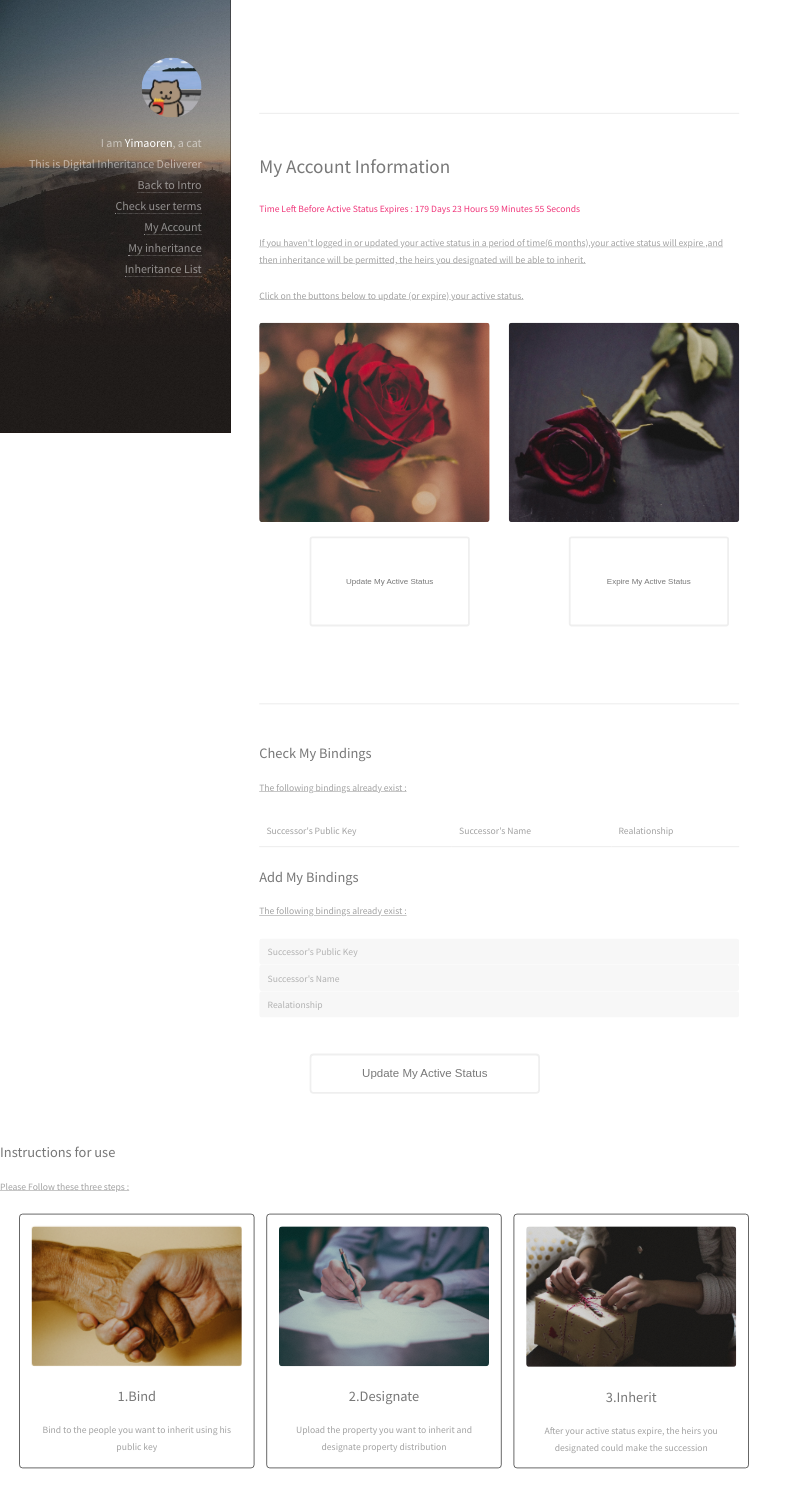
Repository: 1mocat/DID-blockchain-project
Page: Digital_I_D/app/src/myaccount.html
The author's editor kept a copy of each file at every save. The page is drawn from the files as they stood at one save, then again after a run of saves.
The browser window is 1280 px wide. The page is 1315 px wide, so the pictures cover 1315 px, including what lies to the right of the window. The pictures show the whole page, at 60% of full size.

Above is the page before, as saved 2023-10-03 13:02:12.

After the next 2 saves:
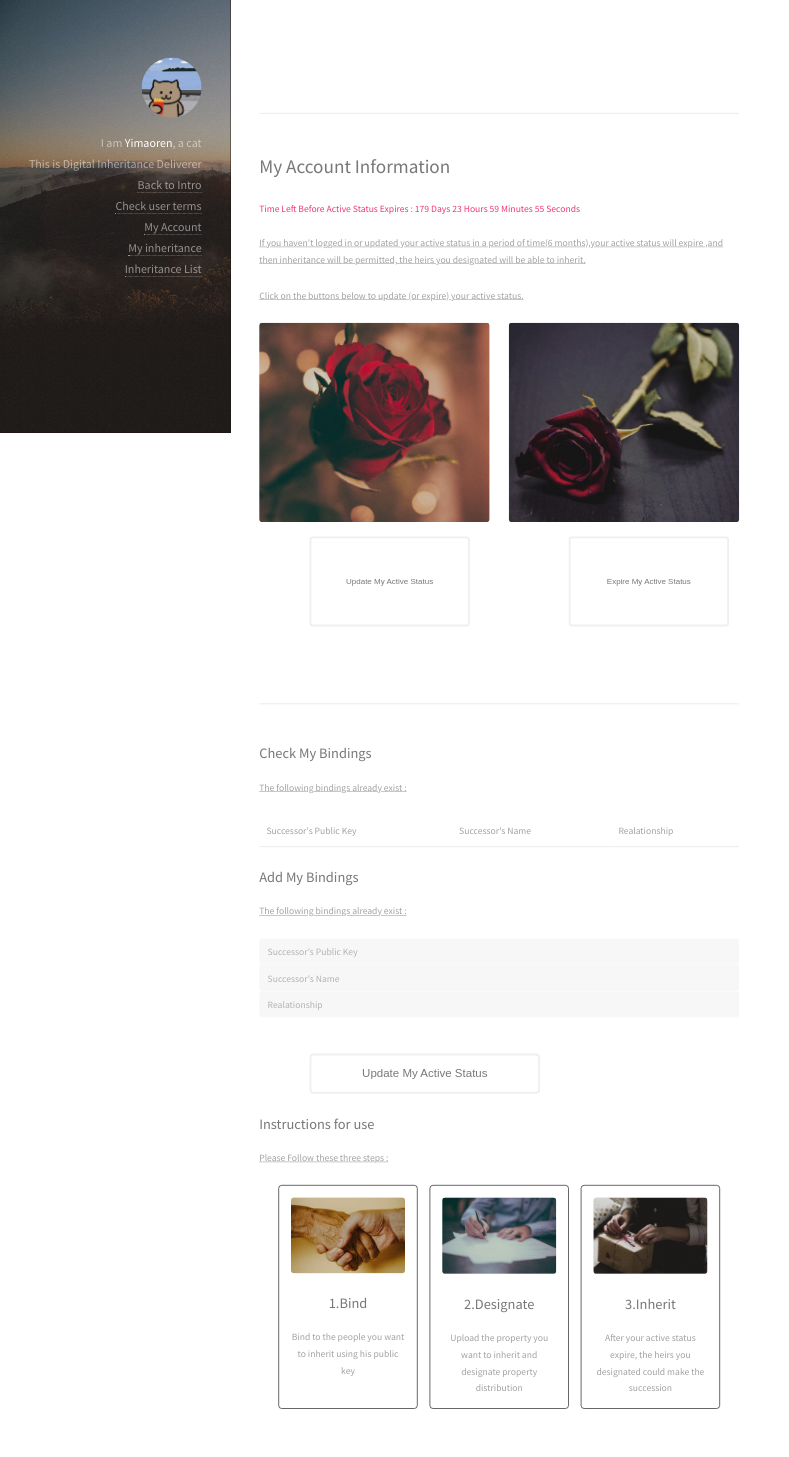
The 2 saves are shown as one change because they came seconds apart.
The last was saved 11 s later.
--- a/Digital_I_D/app/src/myaccount.html
+++ b/Digital_I_D/app/src/myaccount.html
@@ -172,9 +172,8 @@
 
 					</ul>
 
-				</div>
-
-			</section>
+
+
 		</section>
 
 		<!-- Three -->
